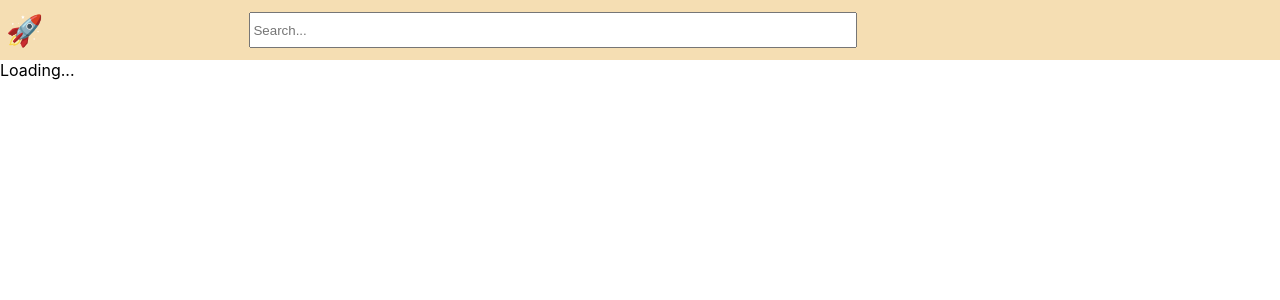
Repository: YEOMJINSEOP/React
Page: / (app in reactube/)
The author's editor kept a copy of each file at every save. The page is drawn from the files as they stood at one save, then again after the next save.
The browser window is 1280 px wide. The pictures show the whole page.
The page's requests for data from a server got no answer. The project was rebuilt for these pictures with package versions that can differ from the ones it lists, and the page was loaded fresh each time. No one was signed in, and anything a server would have sent is missing. Also part of the build but not shown: reactube/src/app.css, reactube/src/components/videoList/VideoList.module.css, reactube/src/components/videoList/VideoList.jsx.

Above is the page before, as saved 2023-01-17 11:35:59.

### reactube/public/index.html
<!DOCTYPE html>
<html lang="en">
  <head>
    <meta charset="utf-8" />
    <link rel="icon" href="%PUBLIC_URL%/favicon.ico" />
    <meta name="viewport" content="width=device-width, initial-scale=1" />
    <meta name="theme-color" content="#000000" />
    <meta
      name="description"
      content="Web site created using create-react-app"
    />

    <title>Reactube 💠</title>
  </head>
  <body>
    <noscript>You need to enable JavaScript to run this app.</noscript>
    <div id="root"></div>
  </body>
</html>

### reactube/src/App.jsx
import React from 'react';
import './app.css';
import{QueryClient, QueryClientProvider} from '@tanstack/react-query'
import VideoList from './components/videoList/VideoList';
import Header from './components/header/Header';

const queryClient = new QueryClient();
function App() {
  return (
    <QueryClientProvider client={queryClient}>
      <Header/>
      <VideoList/>
    </QueryClientProvider>
  )
}

export default App;

### reactube/src/components/header/Header.jsx
import React from 'react';
import styles from './Header.module.css';

function Header(props) {
  return (
    <div className={styles.header}>
      <button className={styles.logo} type='button'>🚀</button>
      <div className={styles.search}>
        <input className={styles.searchBox} type="text" placeholder='Search...' />
        <button type='submit' className={styles.searchBtn}>🔍</button>
      </div>
    </div>
  );
}

export default Header;

### reactube/src/components/header/Header.module.css
button {
  background-color: transparent;
  outline: none;
  border: none;
}
.header{
  background-color: wheat;
  height: 60px;
  display: flex;
  align-items: center;
}

.logo{
  font-size: 30px;
  left: 30px;
}
.searchBox{
  width: 600px;
  height: 30px;
  position: relative;
  left: 200px;
}

.searchBtn{
  width: 30px;
  height: 30px;
  background-color: rgba(211, 133, 31, 0.647);
}

Loaded but not shown: reactube/src/index.js (common file); reactube/src/index.css (common file)

After the next save:
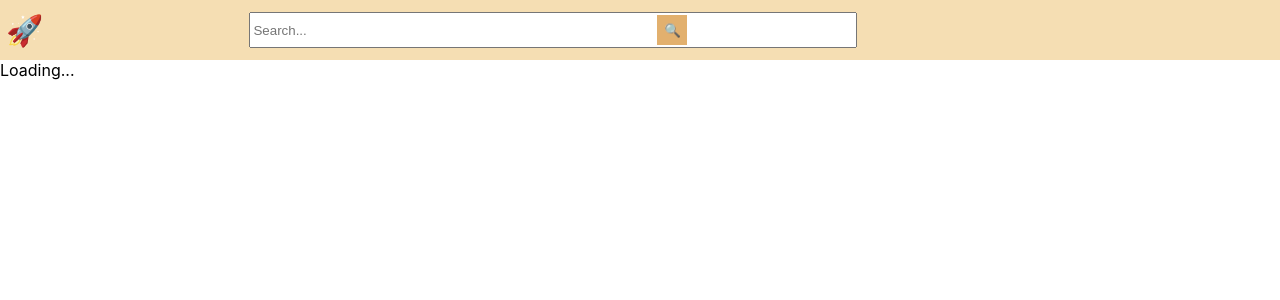
Saved 18 s later.
--- a/reactube/src/components/header/Header.module.css
+++ b/reactube/src/components/header/Header.module.css
@@ -22,6 +22,8 @@ button {
 }
 
 .searchBtn{
+  position: relative;
+
   width: 30px;
   height: 30px;
   background-color: rgba(211, 133, 31, 0.647);
